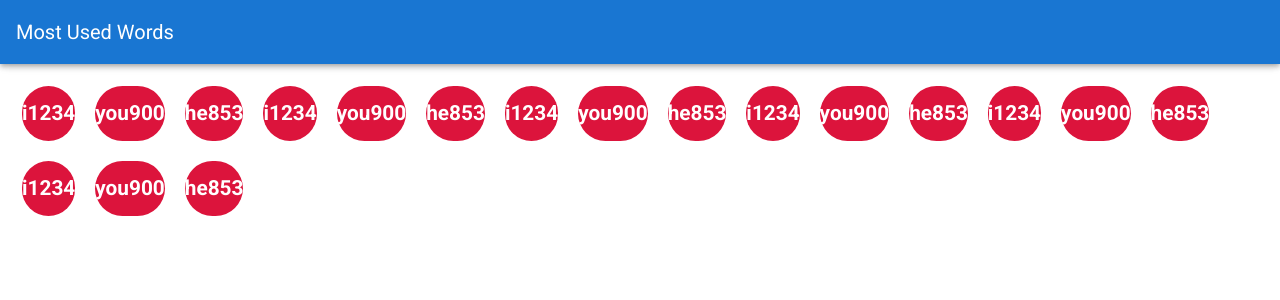
Repository: WillianPer/MOST-USED-WORDS
Page: /
These files come from the project's save history. The page is drawn as it stood at one moment and after the next save; the edit follows.
The browser window is 1280 px wide. The pictures show the whole page.
The project was rebuilt for these pictures with package versions that can differ from the ones it lists, and the page was loaded fresh each time. Also part of the build but not shown: vue.config.js.

Above is the page before, as saved 2022-09-05 21:55:47.

After the next save:
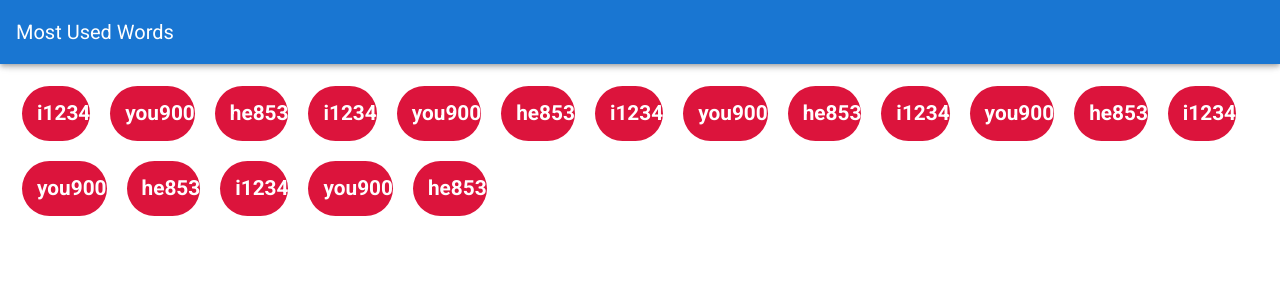
Saved 2 min 52 s later.
--- a/src/components/PillVue.vue
+++ b/src/components/PillVue.vue
@@ -1,7 +1,7 @@
 <template>
   <div class="pill">
-    <span>{{ name }}</span>
-    <span>{{ amount }}</span>
+    <span class="name">{{ name }}</span>
+    <span class="amount">{{ amount }}</span>
   </div>
 </template>
 
@@ -25,4 +25,8 @@ export default {
         display: flex;
         align-items: center;
     }
+
+    .pill .name {
+      margin-left: 15px;
+    }
 </style>
